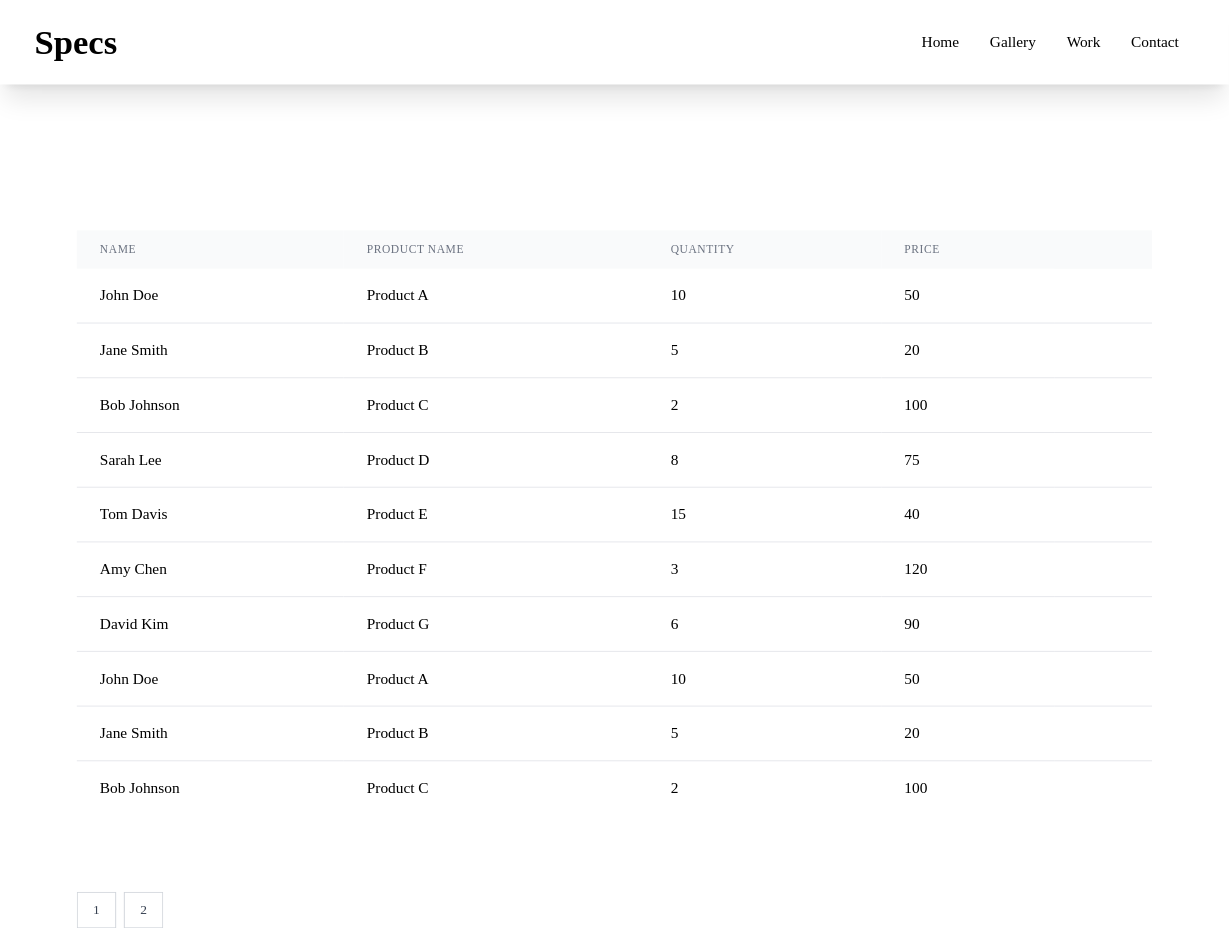
Repository: rushit163/frames-ecommerce
Page: /
The author's editor kept a copy of each file at every save. The page is drawn from the files as they stood at one save, then again after the next save.
The browser window is 1280 px wide. The pictures show the whole page, at 96% of full size.
The project was rebuilt for these pictures with package versions that can differ from the ones it lists, and the page was loaded fresh each time. The framework's server and built-in components were replaced by stand-ins that run in the browser. Also part of the build but not shown: next.config.js.

Above is the page before, as saved 2023-05-06 07:03:33.

### pages/index.tsx
import Image from 'next/image'
import { Inter } from 'next/font/google';
import Admin_homePage from './Admin_homePage';
const inter = Inter({ subsets: ['latin'] })

export default function Home() {
  return (

      <Admin_homePage/>

  )
}

### styles/globals.css
@tailwind base;
@tailwind components;
@tailwind utilities;

@import url("https://fonts.googleapis.com/css2?family=Playfair+Display:ital,wght@0,400;0,500;0,600;0,700;0,800;0,900;1,400;1,500;1,600;1,700;1,800;1,900&display=swap");

.swiper {
  width: 700px;
  height: 500px;
}

### pages/Admin_homePage.tsx
import Navbar from '@/components/Navbar';
import React from 'react';
import { useState } from 'react';

const products = [
    {
      id: 1,
      name: 'John Doe',
      productName: 'Product A',
      quantity: 10,
      price: 50.0
    },
    {
      id: 2,
      name: 'Jane Smith',
      productName: 'Product B',
      quantity: 5,
      price: 20.0
    },
    {
      id: 3,
      name: 'Bob Johnson',
      productName: 'Product C',
      quantity: 2,
      price: 100.0
    },
    {
      id: 4,
      name: 'Sarah Lee',
      productName: 'Product D',
      quantity: 8,
      price: 75.0
    },
    {
      id: 5,
      name: 'Tom Davis',
      productName: 'Product E',
      quantity: 15,
      price: 40.0
    },
    {
      id: 6,
      name: 'Amy Chen',
      productName: 'Product F',
      quantity: 3,
      price: 120.0
    },
    {
      id: 7,
      name: 'David Kim',
      productName: 'Product G',
      quantity: 6,
      price: 90.0
    },
    {
      id: 8,
      name: 'John Doe',
      productName: 'Product A',
      quantity: 10,
      price: 50.0
    },
    {
      id: 9,
      name: 'Jane Smith',
      productName: 'Product B',
      quantity: 5,
      price: 20.0
    },
    {
      id: 10,
      name: 'Bob Johnson',
      productName: 'Product C',
      quantity: 2,
      price: 100.0
    },
    {
      id: 11,
      name: 'Sarah Lee',
      productName: 'Product D',
      quantity: 8,
      price: 75.0
    },
    {
      id: 12,
      name: 'Tom Davis',
      productName: 'Product E',
      quantity: 15,
      price: 40.0
    },
    {
      id: 13,
      name: 'Amy Chen',
      productName: 'Product F',
      quantity: 3,
      price: 120.0
    },
    {
      id: 14,
      name: 'David Kim',
      productName: 'Product G',
      quantity: 6,
      price: 90.0
    }
  ];


  const Admin_homePage = () => {
    const [currentPage, setCurrentPage] = useState(1);
    const [itemsPerPage, setItemsPerPage] = useState(10);

    // Logic to get current items
    const indexOfLastItem = currentPage * itemsPerPage;
    const indexOfFirstItem = indexOfLastItem - itemsPerPage;
    const currentItems = products.slice(indexOfFirstItem, indexOfLastItem);

    // Logic to paginate
    const pageNumbers = [];
    for (let i = 1; i <= Math.ceil(products.length / itemsPerPage); i++) {
      pageNumbers.push(i);
    }

    const renderPageNumbers = pageNumbers.map(number => {
      return (
        <li
          key={number}
          className={`relative inline-flex items-center px-4 py-2 border border-gray-300 bg-white text-sm font-medium text-gray-700 hover:bg-gray-50 ${currentPage === number ? 'bg-gray-200' : ''}`}
          onClick={() => setCurrentPage(number)}
        >
          {number}
        </li>
      );
    });

    return (
      <>
        <Navbar/>
        <div className="flex items-center justify-center h-screen md:pl-20 md:pr-20">
        <div className="w-full h-[calc(80vh-10rem)]">
            <table className="w-full  mb-20">
              <thead className="bg-gray-50">
                <tr>
                  <th
                    scope="col"
                    className="px-6 py-3 text-left text-xs font-medium text-gray-500 uppercase tracking-wider"
                  >
                    Name
                  </th>
                  <th
                    scope="col"
                    className="px-6 py-3 text-left text-xs font-medium text-gray-500 uppercase tracking-wider"
                  >
                    Product Name
                  </th>
                  <th
                    scope="col"
                    className="px-6 py-3 text-left text-xs font-medium text-gray-500 uppercase tracking-wider"
                  >
                    Quantity
                  </th>
                  <th
                    scope="col"
                    className="px-6 py-3 text-left text-xs font-medium text-gray-500 uppercase tracking-wider"
                  >
                    Price
                  </th>
                  <th scope="col" className="relative px-6 py-3">
                    <span className="sr-only">Edit</span>
                  </th>
                </tr>
              </thead>
              <tbody className="bg-white divide-y divide-gray-200">
                {currentItems.length === 0 ? (
                  <tr>
                    <td colSpan="5" className="text-center p-4">
                      <h1>No items present in the table</h1>
                    </td>
                  </tr>
                ) : (
                  currentItems.map((product) => (
                    <tr key={product.id} className="hover:bg-gray-100">
                      <td className="px-6 py-4 whitespace-nowrap">{product.name}</td>
                      <td className="px-6 py-4 whitespace-nowrap">{product.productName}</td>
                      <td className="px-6 py-4 whitespace-nowrap">{product.quantity}</td>
                      <td className="px-6 py-4 whitespace-nowrap">{product.price}</td>
                    </tr>
                  ))
                )}
              </tbody>
            </table>
            <ul className="flex space-x-2 mt-4">{renderPageNumbers}</ul>
          </div>
        </div>
      </>
    );
  };

export default Admin_homePage;

### components/Navbar.tsx
import Link from 'next/link';
import React, { useState } from 'react';


const Navbar = () => {
  const [nav, setNav] = useState(false);

  const handleNav = () => {
    setNav(!nav);
  };


  return (
    <div className='sticky bg-primary left-0 top-0 w-full ease-in duration-300 shadow-xl'>
      <div className='max-w-[1240px] m-auto flex justify-between items-center p-4 text-black'>
        <Link href='/'>
          <h1  className='font-bold text-4xl'>
            Specs
          </h1>
        </Link>
        <ul className='hidden sm:flex'>
          <li className='p-4'>
            <Link href='/'>Home</Link>
          </li>
          <li className='p-4'>
            <Link href='/#gallery'>Gallery</Link>
          </li>
          <li className='p-4'>
            <Link href='/work'>Work</Link>
          </li>
          <li className='p-4'>
            <Link href='/contact'>Contact</Link>
          </li>
        </ul>

        {/* Mobile Button */}
        <div onClick={handleNav} className='block sm:hidden z-10 cursor-pointer'>
          {nav ? (
            <div>
                <svg xmlns="http://www.w3.org/2000/svg" fill="none" viewBox="0 0 24 24" strokeWidth={1.5} stroke="currentColor" className="w-6 h-6">
                <path strokeLinecap="round" strokeLinejoin="round" d="M6 18L18 6M6 6l12 12" />
                </svg>

            </div>
          ) : (
            <div >
                <svg xmlns="http://www.w3.org/2000/svg" fill="none" viewBox="0 0 24 24" strokeWidth={1.5}  stroke="currentColor" className="w-6 h-6">
                 <path strokeLinecap="round" strokeLinejoin="round" d="M3.75 5.25h16.5m-16.5 4.5h16.5m-16.5 4.5h16.5m-16.5 4.5h16.5" />
                </svg>
            </div>
          )}
        </div>
        {/* Mobile Menu */}
        <div
          className={
            nav
              ? 'sm:hidden absolute top-0 left-0 right-0 bottom-0 flex justify-center items-center w-full h-screen bg-primary bg-opacity-70 backdrop-blur-sm text-center ease-in duration-300'
              : 'sm:hidden absolute top-0 left-[-100%] right-0 bottom-0 flex justify-center items-center w-full h-screen bg-primary text-center ease-in duration-300 bg-opacity-70 backdrop-blur-sm'
          }
        >
          <ul>
            <li onClick={handleNav} className='p-4 text-4xl '>
              <Link href='/'>Home</Link>
            </li>
            <li onClick={handleNav} className='p-4 text-4xl '>
              <Link href='/#gallery'>Gallery</Link>
            </li>
            <li onClick={handleNav} className='p-4 text-4xl '>
              <Link href='/work'>Work</Link>
            </li>
            <li onClick={handleNav} className='p-4 text-4xl'>
              <Link href='/contact'>Contact</Link>
            </li>
          </ul>
        </div>
      </div>
    </div>
  );
};




export default Navbar;

### tailwind.config.js
/** @type {import('tailwindcss').Config} */
module.exports = {
  content: [
    "./pages/**/*.{js,ts,jsx,tsx,mdx}",
    "./components/**/*.{js,ts,jsx,tsx,mdx}",
    "./app/**/*.{js,ts,jsx,tsx,mdx}",
  ],
  theme: {
    extend: {
      colors: {
        primary: "#ffffff",
        secondary: "#7e57c2",
      },
      fontFamily: {
        primary: ["Playfair Display", "serif"],
      },
    },
  },
  plugins: [require("@tailwindcss/forms")],
};

Loaded but not shown: pages/_app.tsx (common file); pages/_document.tsx (common file)

After the next save:
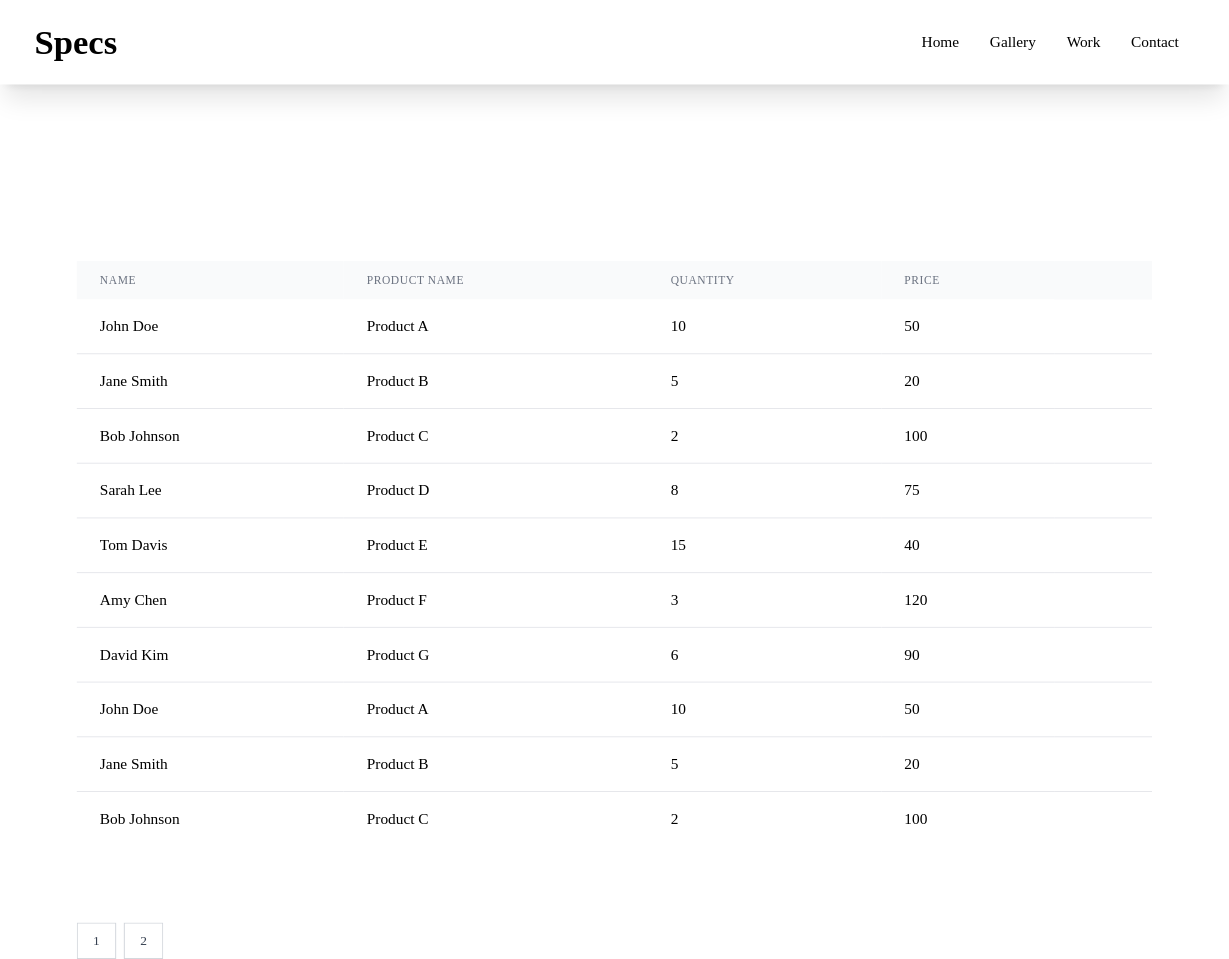
Saved 104 s later.
--- a/pages/Admin_homePage.tsx
+++ b/pages/Admin_homePage.tsx
@@ -135,8 +135,8 @@ const products = [
       <>
         <Navbar/>
         <div className="flex items-center justify-center h-screen md:pl-20 md:pr-20">
-        <div className="w-full h-[calc(80vh-10rem)]">
-            <table className="w-full  mb-20">
+          <div className="w-full h-[calc(80vh-10rem)] mt-16">
+            <table className="w-full mb-20">
               <thead className="bg-gray-50">
                 <tr>
                   <th
